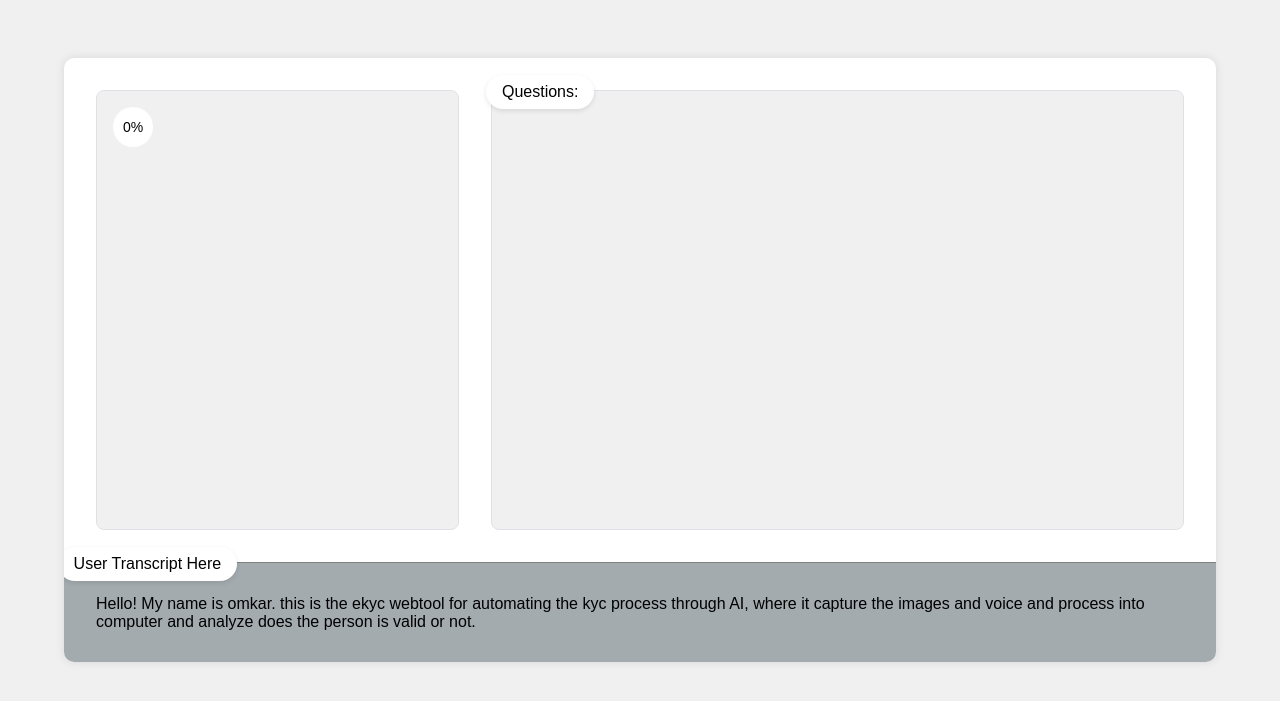
Repository: Ayaanns/E-kyc-BE-project
Page: http://localhost/
The author's editor kept a copy of each file at every save. The page is drawn from the files as they stood at one save, then again after the next save.
The browser window is 1280 px wide. The pictures show the whole page.
The page is served by the project's application, run on Django 4.2 (manage.py). A made-up administrator, testuser (Test User, test@example.com), is signed in.

Above is the page before, as saved 2025-02-28 06:37:50.

After the next save:
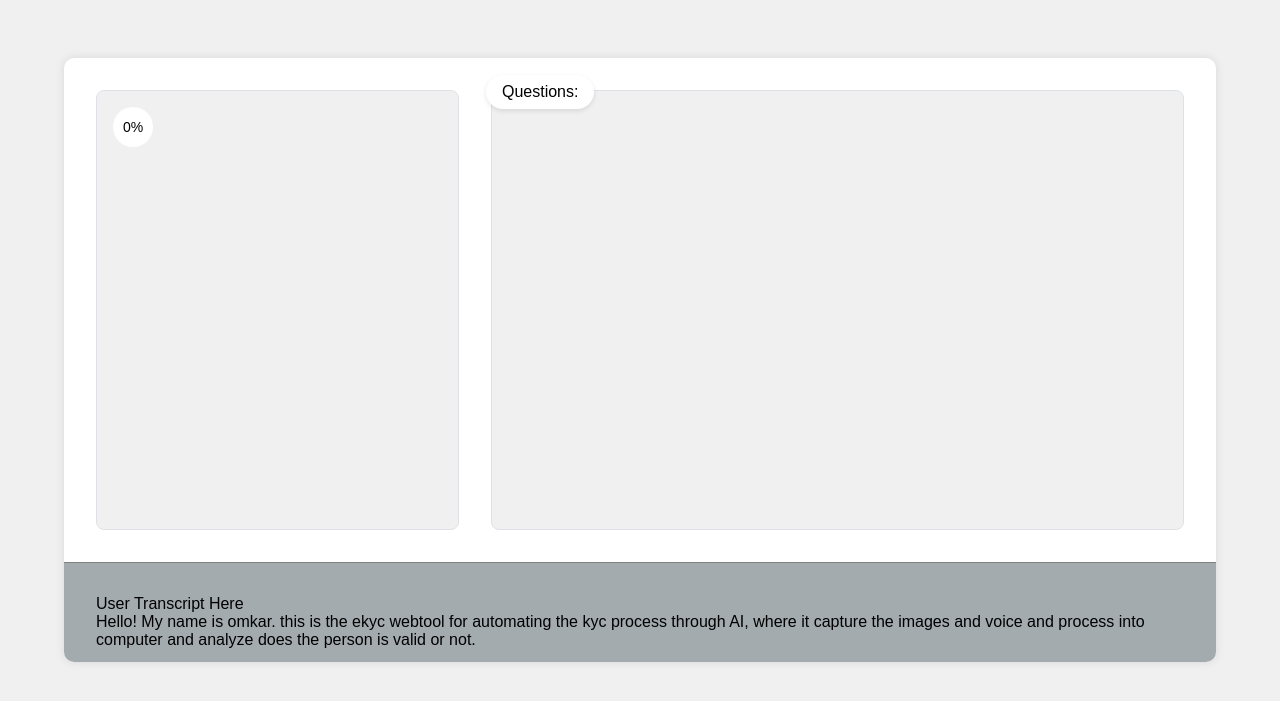
Saved 6 h 19 min later.
--- a/templates/home.html
+++ b/templates/home.html
@@ -26,7 +26,8 @@
             </div>
         </div>
         <div style="" class="transcript-section">
-            <span class="questions">User Transcript Here</span>
+            <!-- <span class="questions">User Transcript Here</span> -->
+            <span>User Transcript Here</span>
             <p id="transcript">Hello! My name is omkar. this is the ekyc webtool for automating the kyc process through AI, where it capture the images and voice and process into computer and analyze does the person is valid or not.</p>
         </div>
     </div>

After the save that followed:
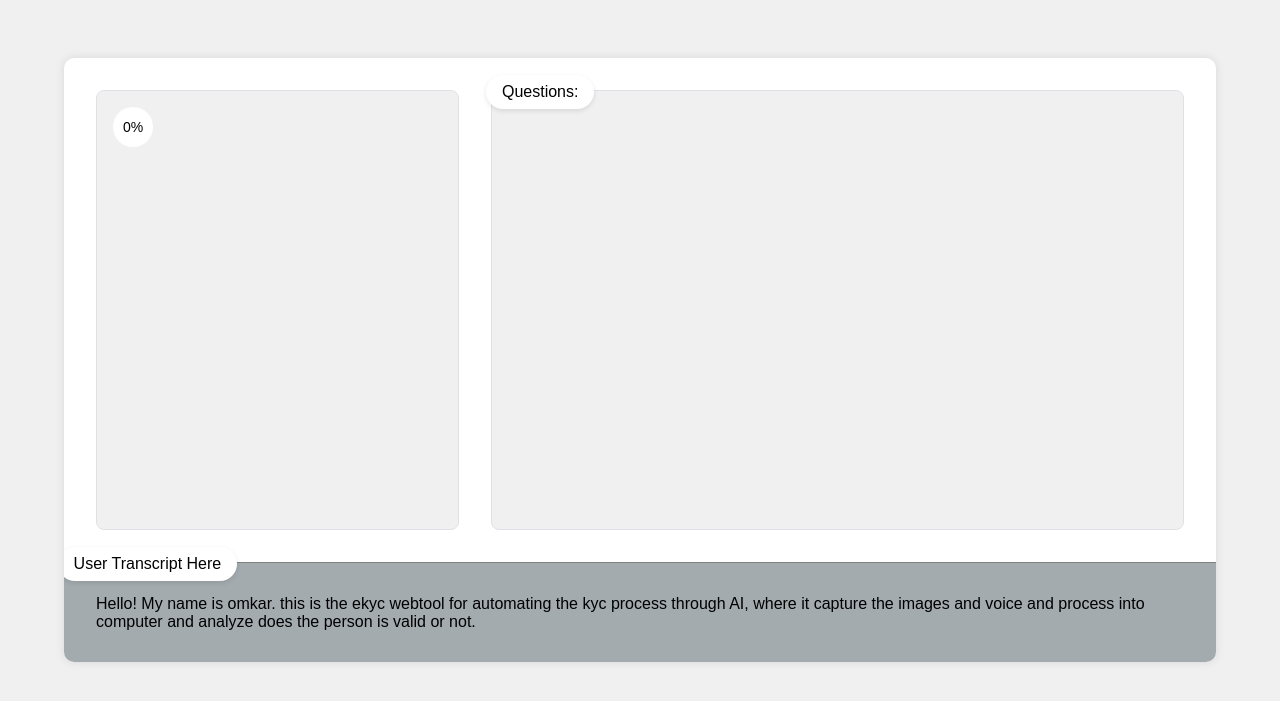
Saved 3 min 54 s later.
--- a/templates/home.html
+++ b/templates/home.html
@@ -26,8 +26,7 @@
             </div>
         </div>
         <div style="" class="transcript-section">
-            <!-- <span class="questions">User Transcript Here</span> -->
-            <span>User Transcript Here</span>
+            <span class="questions">User Transcript Here</span>
             <p id="transcript">Hello! My name is omkar. this is the ekyc webtool for automating the kyc process through AI, where it capture the images and voice and process into computer and analyze does the person is valid or not.</p>
         </div>
     </div>
